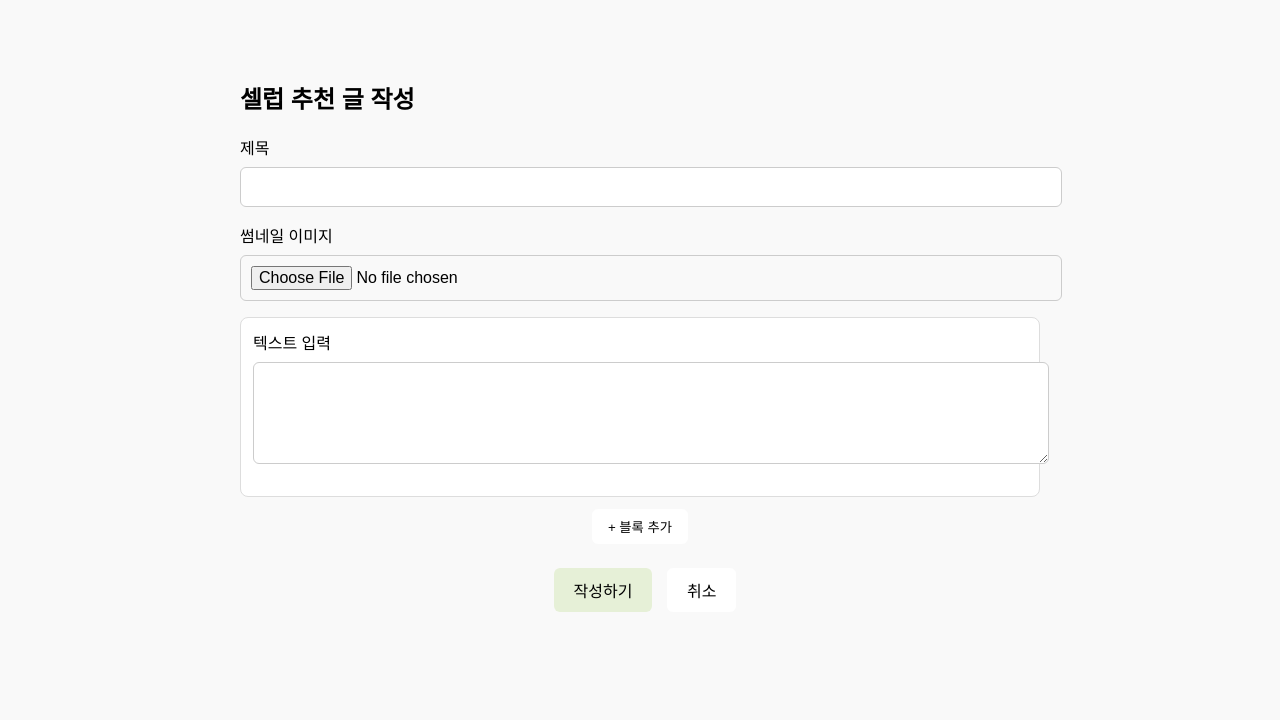
Repository: book-recommendation-team/book_recommendation_web_project
Page: http://localhost/2025_teamproject/celebForm.jsp
These files come from the project's save history. The page is drawn as it stood at one moment and after the next save; the edit follows.
The browser window is 1280 px wide. The pictures show the whole page.
The page is served by Tomcat 9. Other server files are loaded and not shown.

Above is the page before, as saved 2025-07-01 08:20:48.

### 2025_teamproject/src/main/webapp/celebForm.jsp
<%@ page contentType="text/html; charset=UTF-8" language="java" %>
<!DOCTYPE html>
<html>
<head>
    <title>게시글 작성</title>
    <style>
        body {
            font-family: 'Noto Sans KR', sans-serif;
            margin: 40px auto;
            max-width: 800px;
            padding: 20px;
            background-color: #f9f9f9;
        }

        h2 {
            margin-bottom: 20px;
        }

        input[type="text"], input[type="file"], textarea {
            width: 100%;
            padding: 10px;
            margin-top: 8px;
            margin-bottom: 16px;
            border: 1px solid #ccc;
            border-radius: 6px;
            font-size: 1rem;
        }

        .editor-block {
            border: 1px solid #ddd;
            padding: 12px;
            border-radius: 8px;
            margin-bottom: 12px;
            background-color: #fff;
        }

        .editor-block textarea {
            resize: vertical;
            min-height: 80px;
        }

        .editor-block input[type="file"] {
            background-color: #f4f4f4;
        }

        .button-box {
            text-align: center;
            margin-top: 24px;
        }

        .button-box button {
            padding: 10px 20px;
            font-size: 1rem;
            border: none;
            border-radius: 6px;
            margin-left: 10px;
            cursor: pointer;
        }

        .submit-btn {
            background-color: #e6f0d7;
            color: black;
        }

        .cancel-btn {
            background-color: #fff;
            color: black;
        }

        .add-block-btn {
            display: block;
            margin: 0 auto 20px;
            padding: 8px 16px;
            border-radius: 6px;
            background-color: #fff;
            color: black;
            border: none;
            cursor: pointer;
        }
    </style>
</head>
<body>

<h2>셀럽 추천 글 작성</h2>

<form action="submitCelebPost" method="post" enctype="multipart/form-data">
    <label>제목</label>
    <input type="text" name="title" required>

    <label>썸네일 이미지</label>
    <input type="file" name="thumbnail" accept="image/*">

    <div id="editor-area">
        <div class="editor-block">
            <label>텍스트 입력</label>
            <textarea name="contentBlock1_text"></textarea>
        </div>
    </div>

    <button type="button" class="add-block-btn" onclick="addEditorBlock()">+ 블록 추가</button>

    <div class="button-box">
        <button type="submit" class="submit-btn">작성하기</button>
        <button type="button" class="cancel-btn" onclick="history.back()">취소</button>
    </div>
</form>

<script>
    let blockCount = 1;

    function addEditorBlock() {
        blockCount++;
        const editorArea = document.getElementById("editor-area");

        const blockDiv = document.createElement("div");
        blockDiv.className = "editor-block";

        const type = prompt("추가할 블록 종류를 선택하세요 (text / image):", "text");
        if (!type) return;

        if (type === "text") {
            blockDiv.innerHTML = `
                <label>텍스트 입력</label>
                <textarea name="contentBlock${blockCount}_text"></textarea>
            `;
        } else if (type === "image") {
            blockDiv.innerHTML = `
                <label>이미지 업로드</label>
                <input type="file" name="contentBlock${blockCount}_image" accept="image/*">
            `;
        } else {
            alert("text 또는 image만 입력 가능합니다.");
            return;
        }

        editorArea.appendChild(blockDiv);
    }
</script>

</body>
</html>

After the next save:
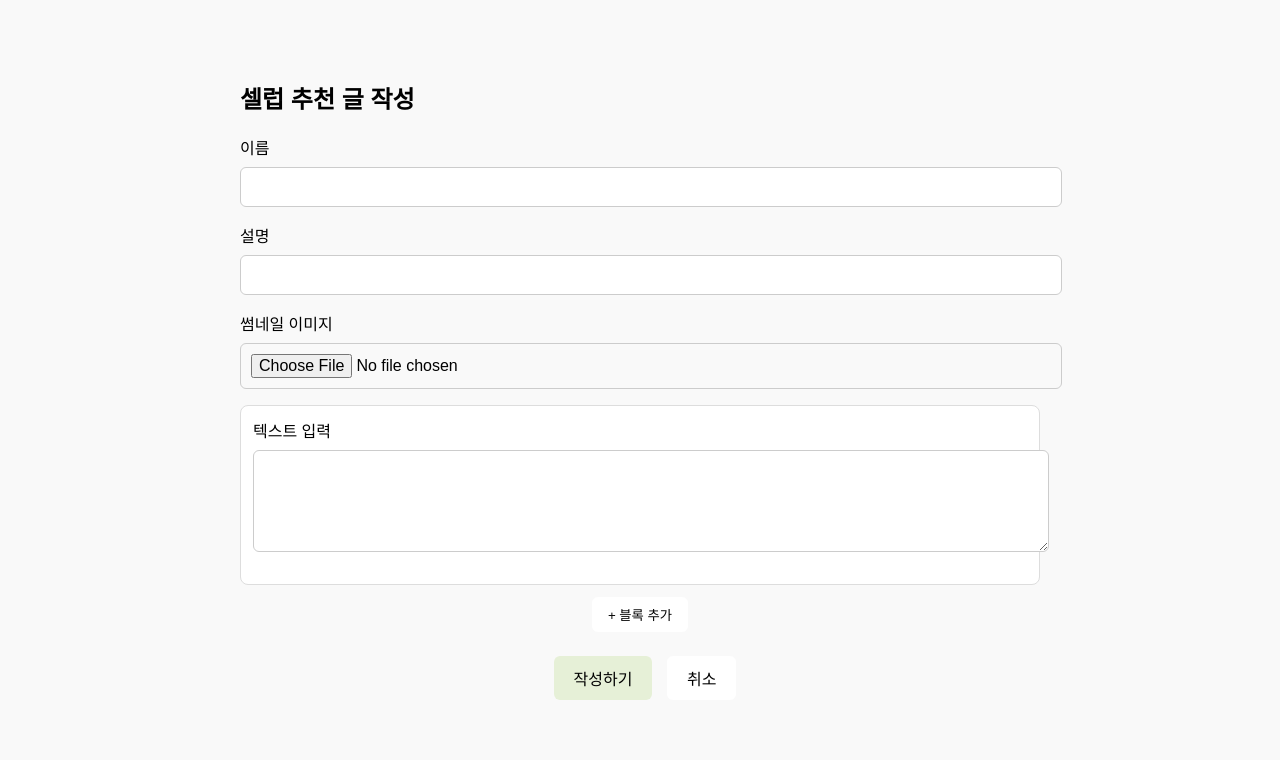
Saved 5 min 20 s later.
--- a/2025_teamproject/src/main/webapp/celebForm.jsp
+++ b/2025_teamproject/src/main/webapp/celebForm.jsp
@@ -84,8 +84,11 @@
 <h2>셀럽 추천 글 작성</h2>
 
 <form action="submitCelebPost" method="post" enctype="multipart/form-data">
-    <label>제목</label>
+    <label>이름</label>
     <input type="text" name="title" required>
+
+    <label>설명</label>
+    <input type="text" name="desc" required>
 
     <label>썸네일 이미지</label>
     <input type="file" name="thumbnail" accept="image/*">
